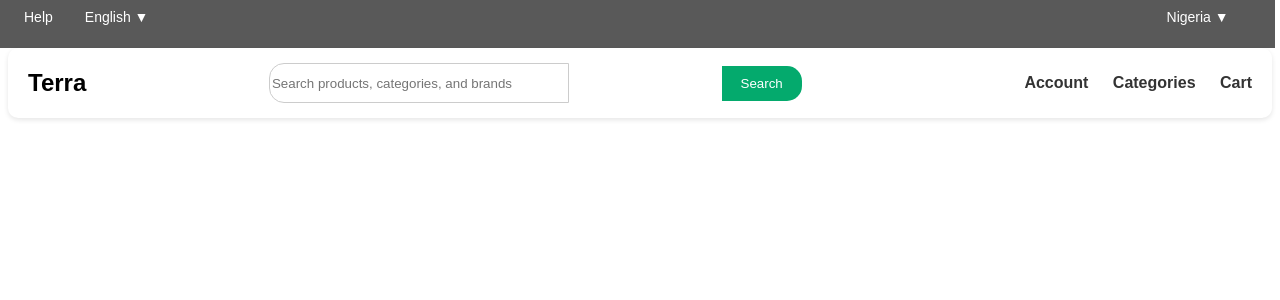
Repository: Femi007-gh/e-commerce
Page: index.html
The author's editor kept a copy of each file at every save. The page is drawn from the files as they stood at one save, then again after the next save.
The browser window is 1280 px wide. The pictures show the whole page.

Above is the page before, as saved 2025-04-28 20:26:06.

After the next save:
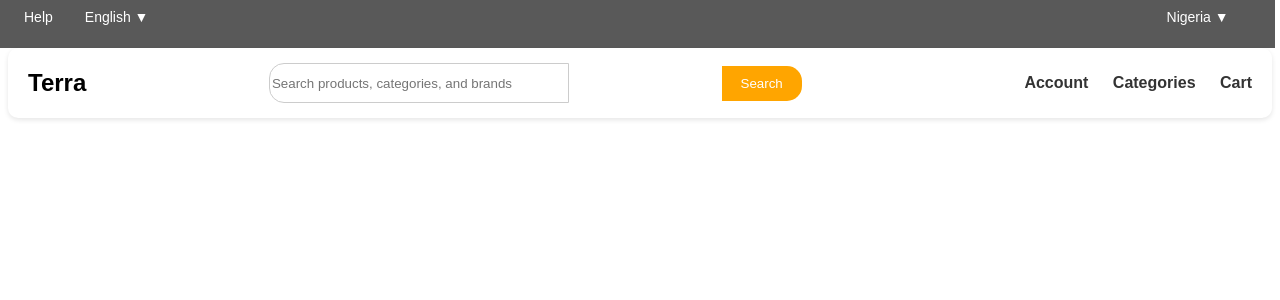
Saved 12 s later.
--- a/style.css
+++ b/style.css
@@ -95,7 +95,7 @@ body{
 }
 
 .search {
-  background-color: #04AA6D;
+  background-color: orange;
   color: white;
   border: none;
   border-radius: 0 15px 15px 0;
